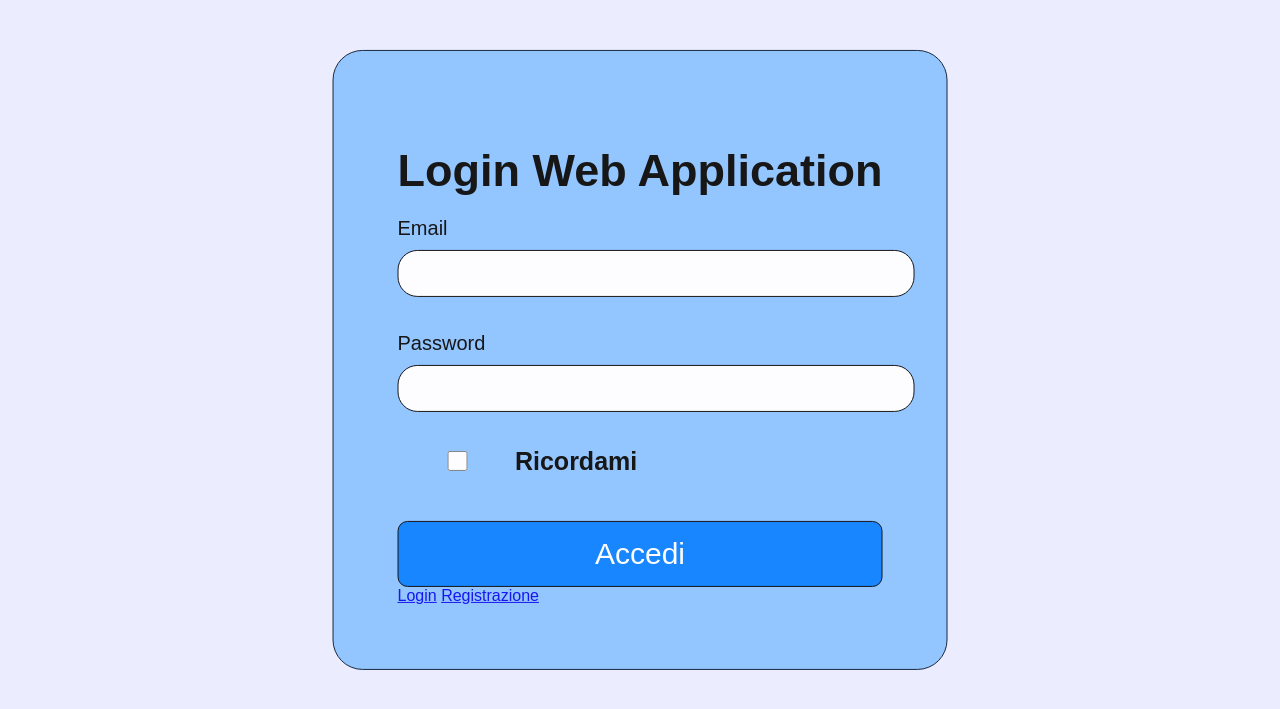
Repository: GabrielCellammare/WebApplication-SA-CyberSecurity
Page: http://localhost/WebProject-CellammareGabriel_ApplicationSecurity_/login.jsp
The author's editor kept a copy of each file at every save. The page is drawn from the files as they stood at one save, then again after the next save.
The browser window is 1280 px wide. The pictures show the whole page.
The page is served by Tomcat 9. Nobody is signed in. The application's start-up code is not run.

Above is the page before, as saved 2024-03-09 07:39:24.

After the next save:
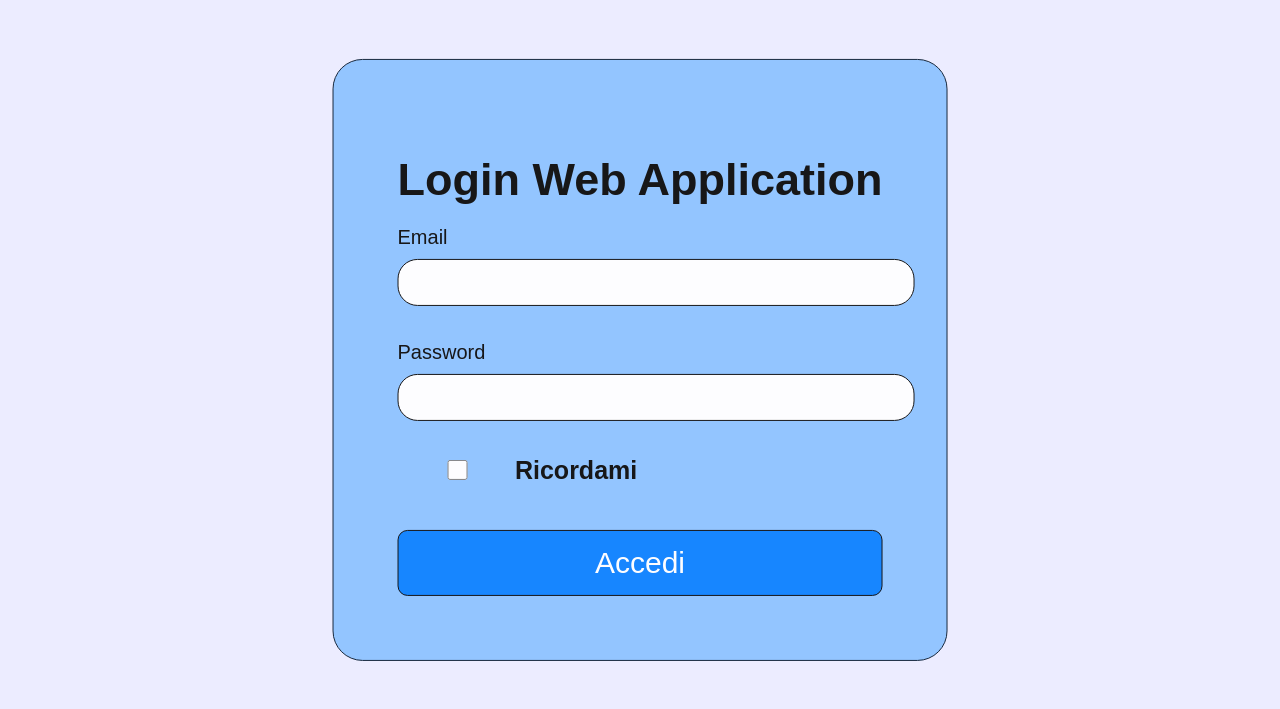
Saved 11 s later.
--- a/WebProject-CellammareGabriel(ApplicationSecurity)/WebContent/login.jsp
+++ b/WebProject-CellammareGabriel(ApplicationSecurity)/WebContent/login.jsp
@@ -25,10 +25,6 @@
                     <label for="remember">Ricordami</label>
                 </div>
                 <input type="submit" value="Accedi">
-
-           		 <a href="userNotLogged/login.jsp" class="btn btn-primary">Login</a>
-            	<a href="userNotLogged/registration.jsp" class="btn btn-secondary">Registrazione</a>
-        		</div>
             </form>
         </div>
     </body>
